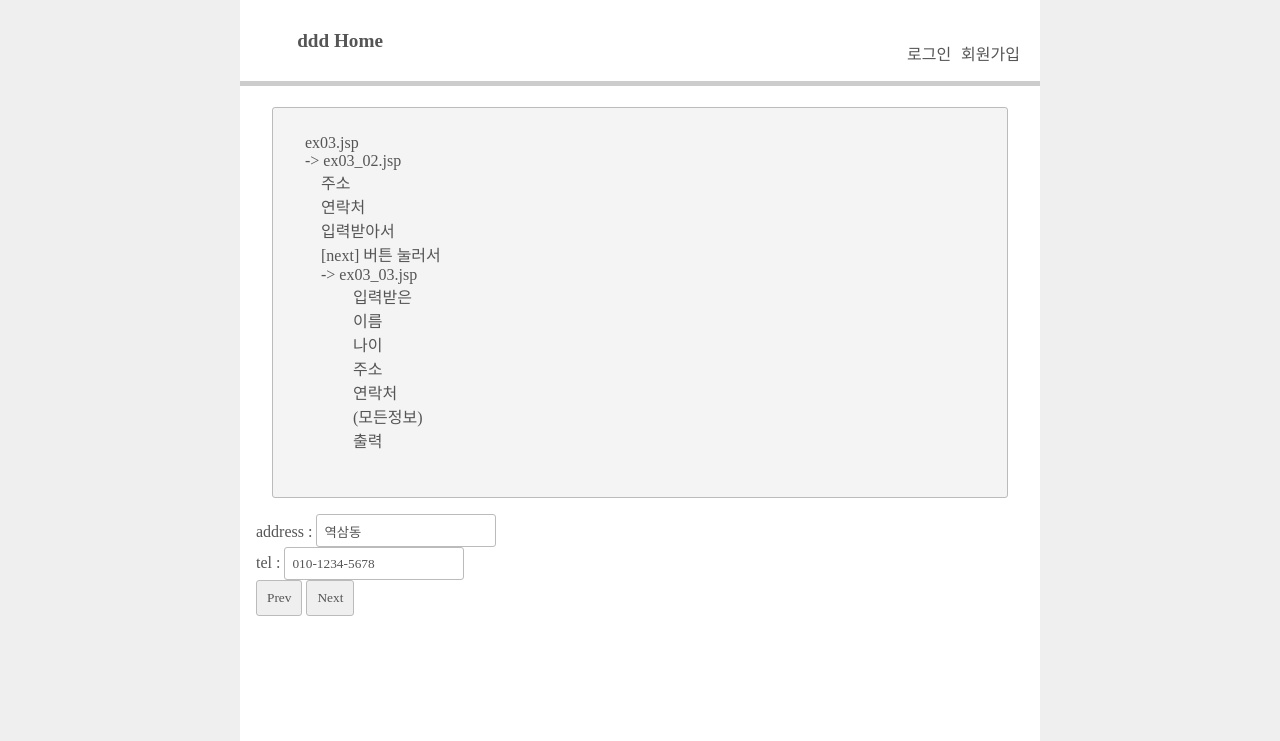
Repository: Deneb0000/JSP
Page: http://localhost/jspPro/days04/ex03_02.jsp
The author's editor kept a copy of each file at every save. The page is drawn from the files as they stood at one save, then again after the next save.
The browser window is 1280 px wide. The pictures show the whole page.
Some web fonts or font styles are not loaded; a fallback is used. The page is served by Tomcat 9.

Above is the page before, as saved 2024-10-18 06:11:05.

After the next save:
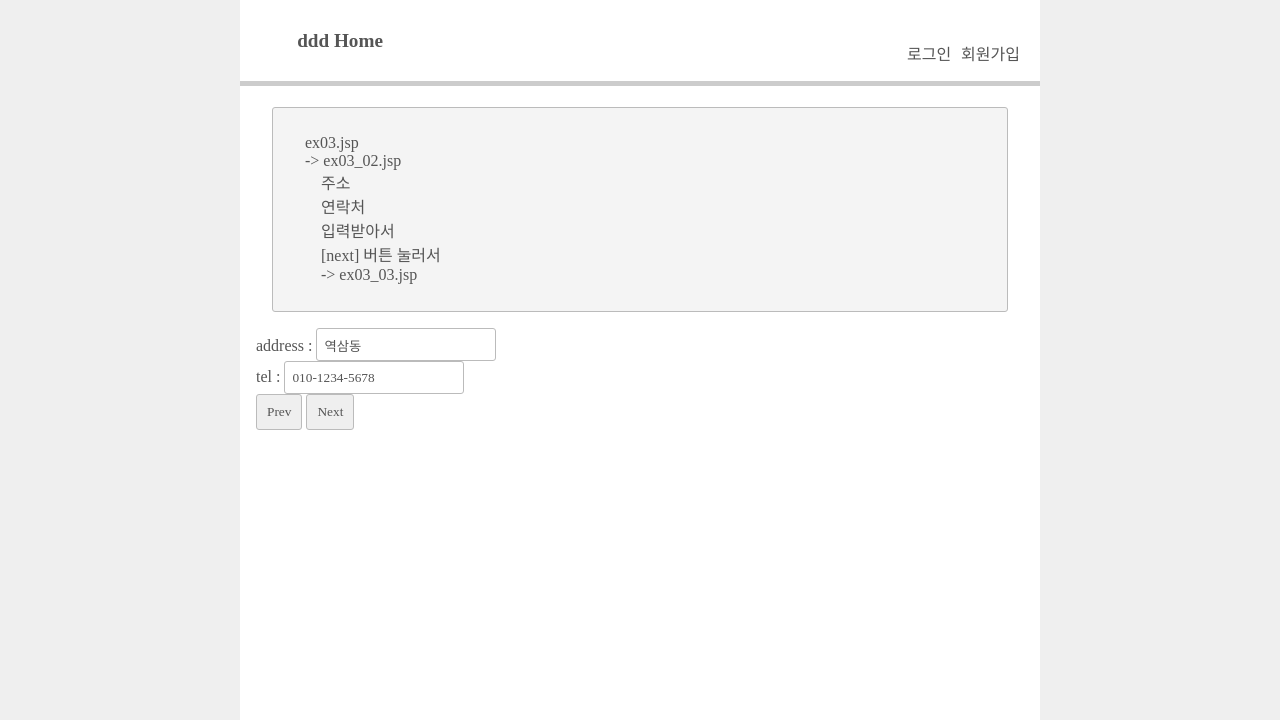
Saved 63 s later.
--- a/jspPro/src/main/webapp/days04/ex03_02.jsp
+++ b/jspPro/src/main/webapp/days04/ex03_02.jsp
@@ -34,14 +34,6 @@
     	입력받아서
     	[next] 버튼 눌러서
     	-> ex03_03.jsp
-    		입력받은
-    		이름
-    		나이
-    		주소
-    		연락처
-    		(모든정보)
-    		출력
-
   </xmp>
 
   <form action="ex03_03.jsp">
